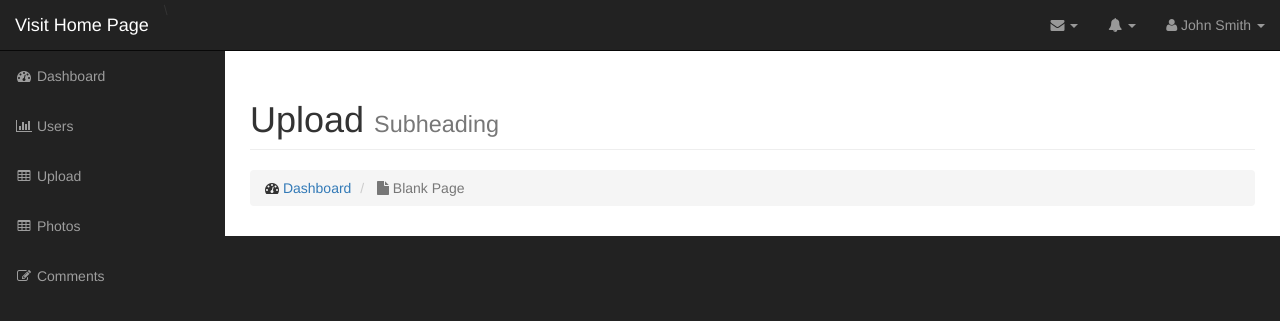
Repository: Dennis-star1001/PHP_OOP
Page: http://localhost/admin/upload.php
An editor plug-in stored every save of this project. The page is shown before and after a run of saves, followed by the edit.
The browser window is 1280 px wide. The pictures show the whole page.
The page is run by PHP 8.4 with error messages shown; the project is at /var/www/html/.

Above is the page before, as saved 2022-07-13 04:28:31.

After the next 2 saves:
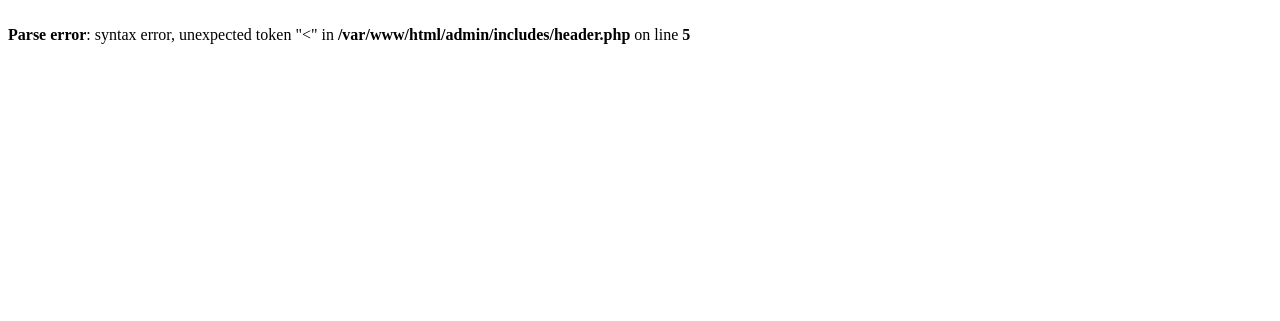
The 2 saves are shown as one change because they came seconds apart.
The last was saved 11 s later.
--- a/admin/includes/header.php
+++ b/admin/includes/header.php
@@ -1,5 +1,6 @@
 
-<?php ob_start()?>
+<?php ob_start();?>
+<?php include
 
 <!DOCTYPE html>
 <html lang="en">
